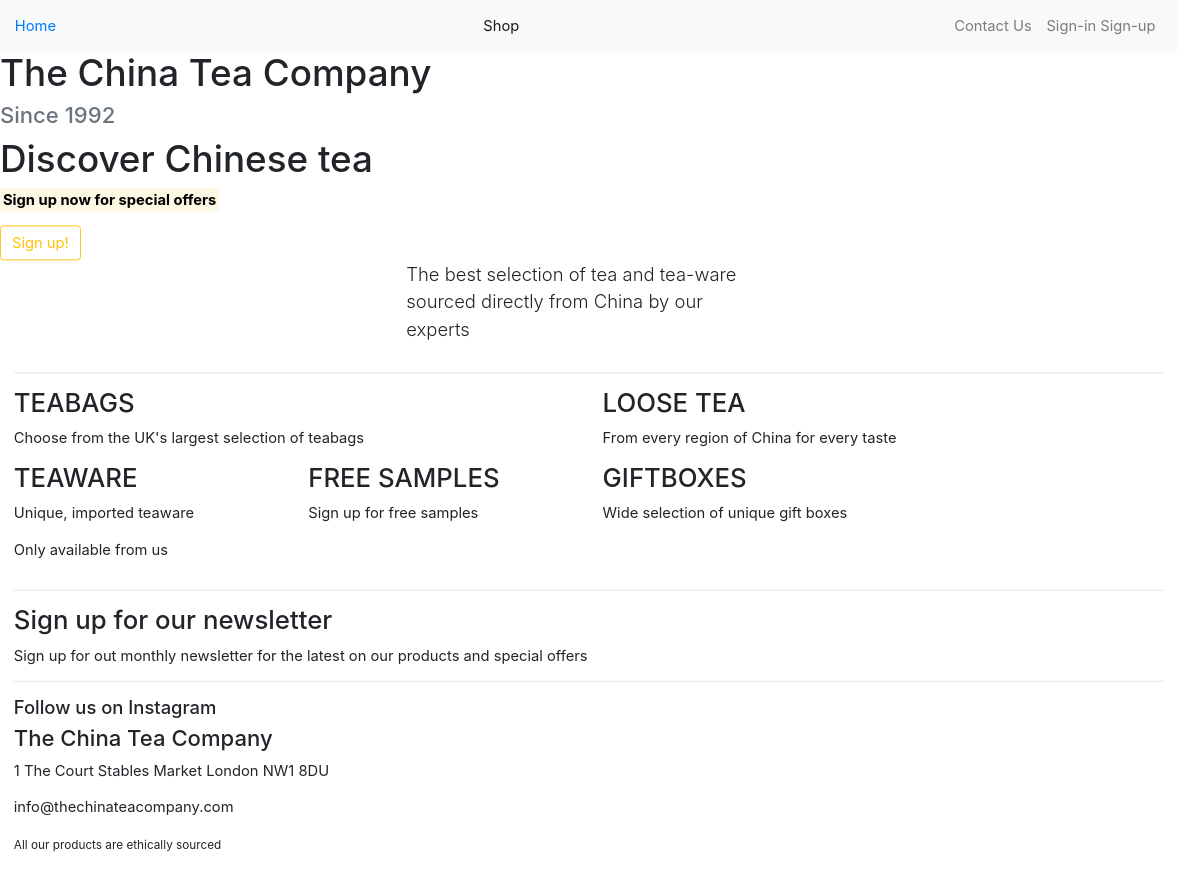
Repository: Code-Institute-Submissions/china-tea
Page: index.html
The author's editor kept a record of every edit. The page is drawn from the files as they stood at one moment, then again after the next edit.
The browser window is 1280 px wide. The pictures show the whole page, at 92% of full size.

Above is the page before.
Console error: TypeError: Cannot read properties of undefined (reading 'fn')

After the next edit:
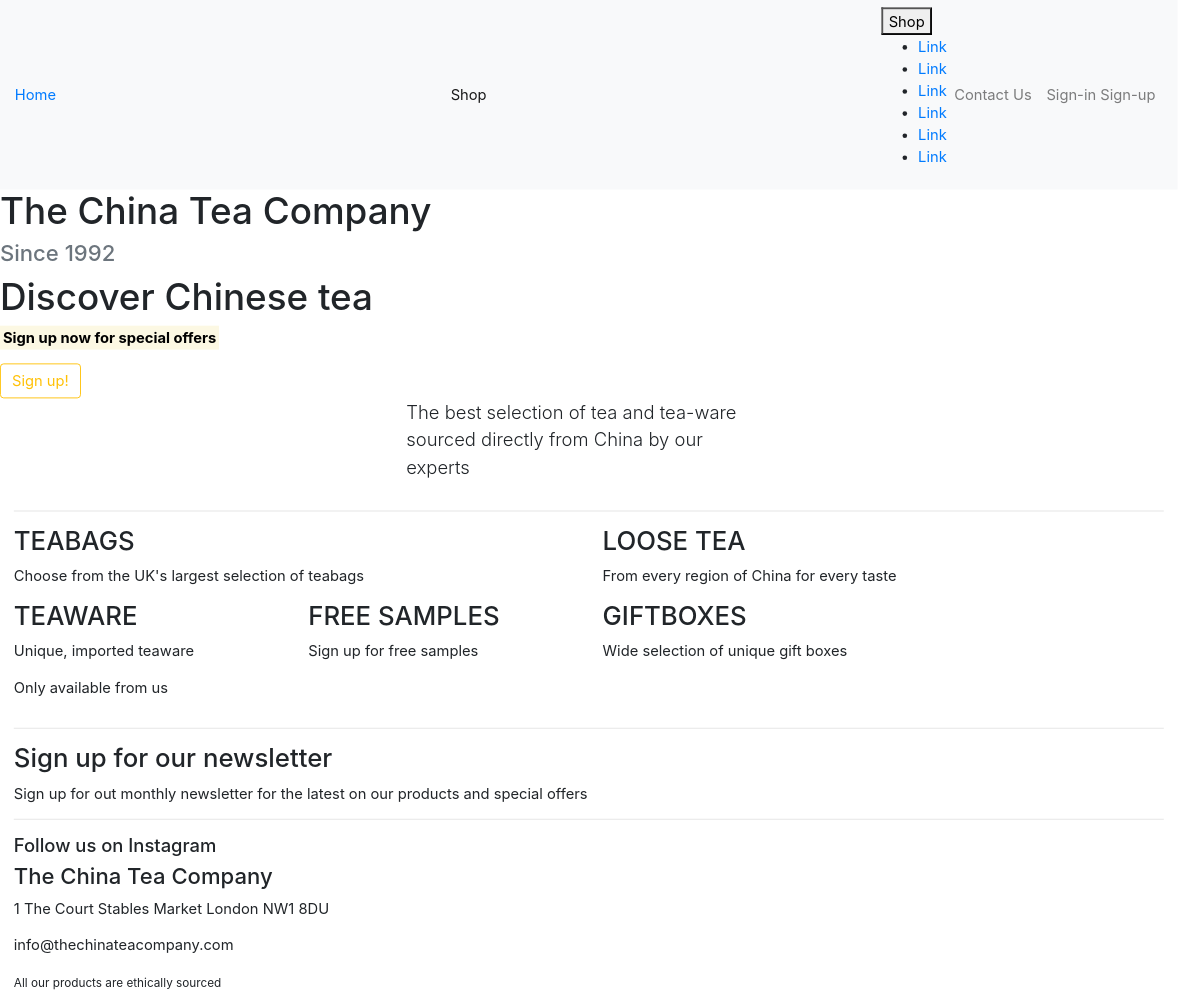
The edit:
--- a/index.html
+++ b/index.html
@@ -18,10 +18,23 @@
 
         <ul class="navbar-nav mx-auto">
             <li class="active nav-item "><a class="nav-link" href="/">Shop</a></li>
-             <li class="nav-item d-block d-sm-none"><a class="nav-link" href="/contact">Contact Us</a></li>
-                <li class="nav-item d-block d-sm-none"><a class="nav-link" href="/sign-in">Sign-in Sign-up</a></li>
+            <li class="nav-item d-block d-sm-none"><a class="nav-link" href="/contact">Contact Us</a></li>
+            <li class="nav-item d-block d-sm-none"><a class="nav-link" href="/sign-in">Sign-in Sign-up</a></li>
 
         </ul>
+
+        <div class="dropdown">
+            <button>Shop</button>
+            <ul class="dropdownMenu">
+                <li class="dropdownItem"><a href="#" class="dropdownLink">Link</a></li>
+                <li class="dropdownItem"><a href="#" class="dropdownLink">Link</a></li>
+                <li class="dropdownItem"><a href="#" class="dropdownLink">Link</a></li>
+                <li class="dropdownItem"><a href="#" class="dropdownLink">Link</a></li>
+                <li class="dropdownItem"><a href="#" class="dropdownLink">Link</a></li>
+                <li class="dropdownItem"><a href="#" class="dropdownLink">Link</a></li>
+            </ul>
+        </div>
+
         <div class="d-none d-md-block">
             <ul class="navbar-nav ml-auto ">
 

After the 2 edits that followed:
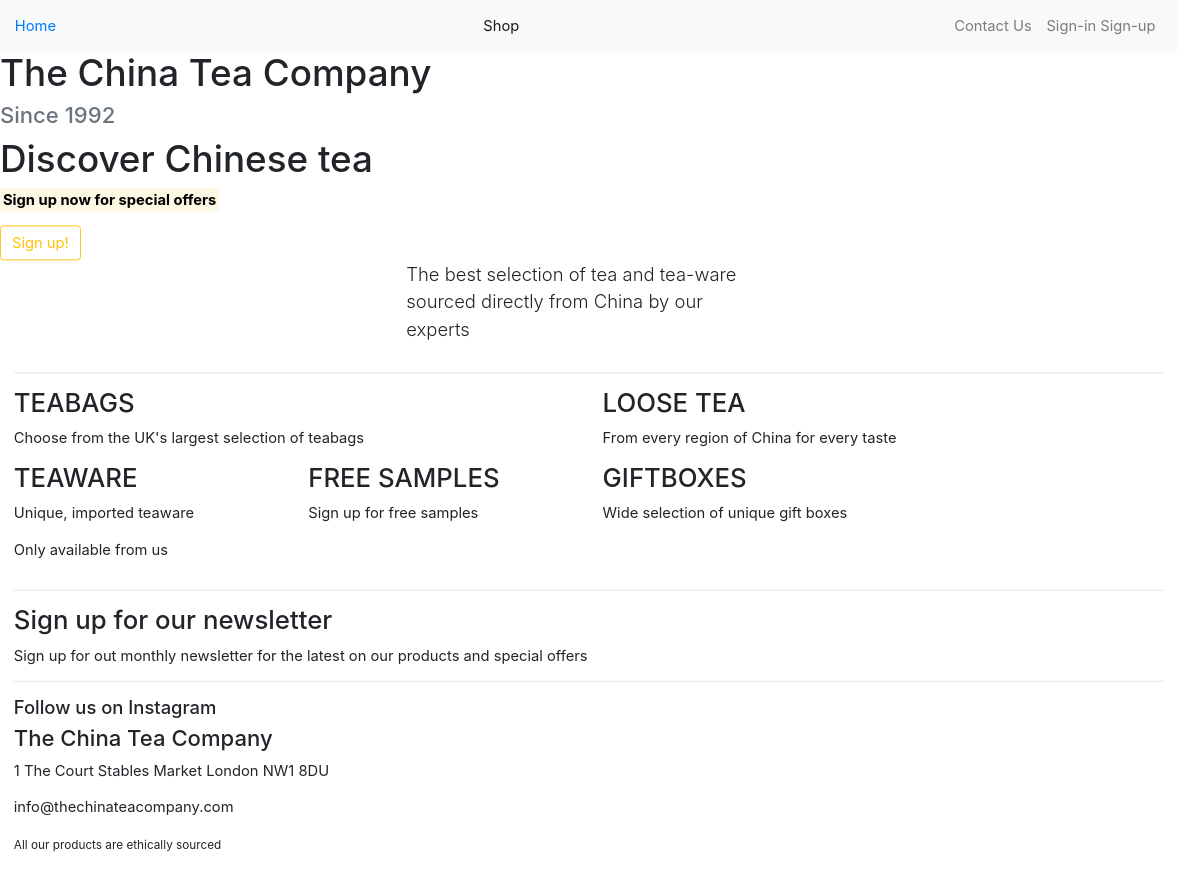
The 2 edits are shown as one change because 1 left the picture as it was.
The edit:
--- a/index.html
+++ b/index.html
@@ -18,22 +18,11 @@
 
         <ul class="navbar-nav mx-auto">
             <li class="active nav-item "><a class="nav-link" href="/">Shop</a></li>
-            <li class="nav-item d-block d-sm-none"><a class="nav-link" href="/contact">Contact Us</a></li>
-            <li class="nav-item d-block d-sm-none"><a class="nav-link" href="/sign-in">Sign-in Sign-up</a></li>
+
 
         </ul>
 
-        <div class="dropdown">
-            <button>Shop</button>
-            <ul class="dropdownMenu">
-                <li class="dropdownItem"><a href="#" class="dropdownLink">Link</a></li>
-                <li class="dropdownItem"><a href="#" class="dropdownLink">Link</a></li>
-                <li class="dropdownItem"><a href="#" class="dropdownLink">Link</a></li>
-                <li class="dropdownItem"><a href="#" class="dropdownLink">Link</a></li>
-                <li class="dropdownItem"><a href="#" class="dropdownLink">Link</a></li>
-                <li class="dropdownItem"><a href="#" class="dropdownLink">Link</a></li>
-            </ul>
-        </div>
+
 
         <div class="d-none d-md-block">
             <ul class="navbar-nav ml-auto ">
